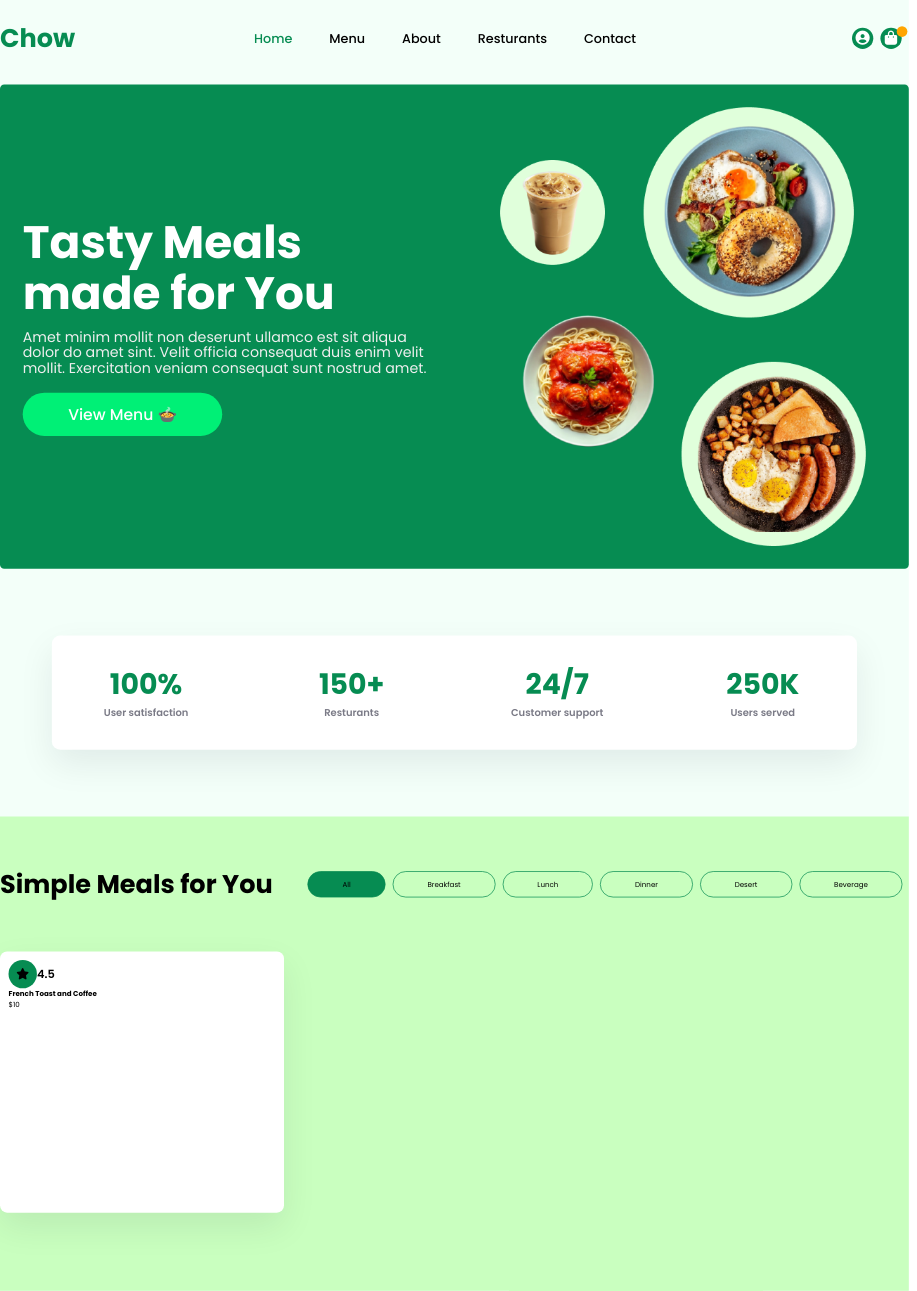
Repository: nguyennam1029/balbal
Page: index.html
An editor plug-in stored every save of this project. The page is shown before and after the next save, followed by the edit.
The browser window is 1280 px wide. The page is 1292 px wide, so the pictures cover 1292 px, including what lies to the right of the window. The pictures show the whole page, at 71% of full size.
Some web libraries are served in a nearby version.

Above is the page before, as saved 2022-07-01 22:20:44.

### index.html
<!DOCTYPE html>
<html lang="en">
  <head>
    <meta charset="UTF-8" />
    <meta http-equiv="X-UA-Compatible" content="IE=edge" />
    <meta name="viewport" content="width=device-width, initial-scale=1.0" />
    <title>Chow</title>
    <link
      rel="stylesheet"
      href="https://cdnjs.cloudflare.com/ajax/libs/font-awesome/6.1.1/css/all.min.css"
      integrity="sha512-KfkfwYDsLkIlwQp6LFnl8zNdLGxu9YAA1QvwINks4PhcElQSvqcyVLLD9aMhXd13uQjoXtEKNosOWaZqXgel0g=="
      crossorigin="anonymous"
      referrerpolicy="no-referrer"
    />
    <link rel="stylesheet" href="css/grid.css" />
    <link rel="stylesheet" href="css/style.css" />
  </head>
  <body>
    <div class="app">
      <div class="grid wide">
        <div class="menu">
          <a href="#" class="menu-left">Chow</a>
          <ul class="menu-center">
            <li class="menu-center-item">
              <a href="#" class="menu-center--link active">Home</a>
            </li>
            <li class="menu-center-item">
              <a href="#" class="menu-center--link">Menu</a>
            </li>
            <li class="menu-center-item">
              <a href="#" class="menu-center--link">About</a>
            </li>
            <li class="menu-center-item">
              <a href="#" class="menu-center--link">Resturants</a>
            </li>
            <li class="menu-center-item">
              <a href="#" class="menu-center--link">Contact</a>
            </li>
          </ul>
          <ul class="menu-right">
            <li class="menu-right-item">
              <a href="#" class="menu-right--link">
                <i class="fa-solid fa-circle-user"></i>
              </a>
            </li>
            <li class="menu-right-item">
              <a href="#" class="menu-right--link active">
                <i class="fa-solid fa-bag-shopping"></i>
                <span class="menu-right--circle"></span>
              </a>
            </li>
          </ul>
        </div>
        <div class="banner">
          <div class="row">
            <div class="col l-6 m-6 c-12">
              <div class="banner-info">
                <h1 class="banner-title">Tasty Meals made for You</h1>
                <span class="banner-des"
                  >Amet minim mollit non deserunt ullamco est sit aliqua dolor
                  do amet sint. Velit officia consequat duis enim velit mollit.
                  Exercitation veniam consequat sunt nostrud amet.</span
                >
                <a href="#" class="banner-btn"> View Menu 🍲 </a>
              </div>
            </div>
            <div class="col l-6 m-6 c-12">
              <div class="banner-img">
                <img src="images/banner1.png" alt="" />
              </div>
            </div>
          </div>
        </div>
        <div class="statistical">
          <div class="row">
            <div class="col l-3 m-6 c-12">
              <div class="statistical-item">
                <h3 class="statistical-item--title">100%</h3>
                <span class="statistical-item--des">User satisfaction</span>
              </div>
            </div>
            <div class="col l-3 m-6 c-12">
              <div class="statistical-item">
                <h3 class="statistical-item--title">150+</h3>
                <span class="statistical-item--des">Resturants</span>
              </div>
            </div>
            <div class="col l-3 m-6 c-12">
              <div class="statistical-item">
                <h3 class="statistical-item--title">24/7</h3>
                <span class="statistical-item--des">Customer support</span>
              </div>
            </div>
            <div class="col l-3 m-6 c-12">
              <div class="statistical-item">
                <h3 class="statistical-item--title">250K</h3>
                <span class="statistical-item--des">Users served</span>
              </div>
            </div>
          </div>
        </div>
      </div>
      <div class="product">
        <div class="grid wide">
          <div class="product-top row">
            <div class="col l-4 m-3 c-12">
              <h3 class="product-heading">Simple Meals for You</h3>
            </div>
            <div class="col l-8 m-8 c-12">
              <ul class="tab-list">
                <li class="tab-item active">All</li>
                <li class="tab-item">Breakfast</li>
                <li class="tab-item">Lunch</li>
                <li class="tab-item">Dinner</li>
                <li class="tab-item">Desert</li>
                <li class="tab-item">Beverage</li>
              </ul>
            </div>
          </div>
          <div class="product-list">
            <div class="row">
              <div class="col l-4 m-6 l-12">
                <div class="product-item">
                  <div class="product-item--rating">
                    <i class="fa-solid fa-star"></i>
                    <span>4.5</span>
                  </div>
                  <div class="product-item--content">
                    <h4 class="product-item--name">French Toast and Coffee</h4>
                    <div class="product-item--footer">
                      <span class="product-item--price">$10</span>
                      <a href="#" class="product-item--btn"></a>
                    </div>
                  </div>
                </div>
              </div>
            </div>
          </div>
        </div>
      </div>
    </div>
  </body>
</html>

### css/grid.css
/* L là pc ,  M là tablet, C là mobile  */
.grid {
    width  : 100%;
    display: block;
    padding: 0;
}

.grid.wide {
    max-width: 1280px;
    margin   : 0 auto;
}

.row {
    display     : flex;
    flex-wrap   : wrap;
    margin-left : -4px;
    margin-right: -4px;
}

.row.no-gutters {
    margin-left : 0;
    margin-right: 0;
}

.col {
    padding-left : 4px;
    padding-right: 4px;
}

.row.no-gutters .col {
    padding-left : 0;
    padding-right: 0;
}

.c-0 {
    display: none;
}

.c-1 {
    flex     : 0 0 8.33333%;
    max-width: 8.33333%;
}

.c-2 {
    flex     : 0 0 16.66667%;
    max-width: 16.66667%;
}

.c-3 {
    flex     : 0 0 25%;
    max-width: 25%;
}

.c-4 {
    flex     : 0 0 33.33333%;
    max-width: 33.33333%;
}

.c-5 {
    flex     : 0 0 41.66667%;
    max-width: 41.66667%;
}

.c-6 {
    flex     : 0 0 50%;
    max-width: 50%;
}

.c-7 {
    flex     : 0 0 58.33333%;
    max-width: 58.33333%;
}

.c-8 {
    flex     : 0 0 66.66667%;
    max-width: 66.66667%;
}

.c-9 {
    flex     : 0 0 75%;
    max-width: 75%;
}

.c-10 {
    flex     : 0 0 83.33333%;
    max-width: 83.33333%;
}

.c-11 {
    flex     : 0 0 91.66667%;
    max-width: 91.66667%;
}

.c-12 {
    flex     : 0 0 100%;
    max-width: 100%;
}

.c-o-1 {
    margin-left: 8.33333%;
}

.c-o-2 {
    margin-left: 16.66667%;
}

.c-o-3 {
    margin-left: 25%;
}

.c-o-4 {
    margin-left: 33.33333%;
}

.c-o-5 {
    margin-left: 41.66667%;
}

.c-o-6 {
    margin-left: 50%;
}

.c-o-7 {
    margin-left: 58.33333%;
}

.c-o-8 {
    margin-left: 66.66667%;
}

.c-o-9 {
    margin-left: 75%;
}

.c-o-10 {
    margin-left: 83.33333%;
}

.c-o-11 {
    margin-left: 91.66667%;
}

/* >= Tablet */
@media (min-width: 740px) {
    .row {
        margin-left : -8px;
        margin-right: -8px;
    }

    .col {
        padding-left : 8px;
        padding-right: 8px;
    }

    .m-0 {
        display: none;
    }

    .m-1,
    .m-2,
    .m-3,
    .m-4,
    .m-5,
    .m-6,
    .m-7,
    .m-8,
    .m-9,
    .m-10,
    .m-11,
    .m-12 {
        display: block;
    }

    .m-1 {
        flex     : 0 0 8.33333%;
        max-width: 8.33333%;
    }

    .m-2 {
        flex     : 0 0 16.66667%;
        max-width: 16.66667%;
    }

    .m-3 {
        flex     : 0 0 25%;
        max-width: 25%;
    }

    .m-4 {
        flex     : 0 0 33.33333%;
        max-width: 33.33333%;
    }

    .m-5 {
        flex     : 0 0 41.66667%;
        max-width: 41.66667%;
    }

    .m-6 {
        flex     : 0 0 50%;
        max-width: 50%;
    }

    .m-7 {
        flex     : 0 0 58.33333%;
        max-width: 58.33333%;
    }

    .m-8 {
        flex     : 0 0 66.66667%;
        max-width: 66.66667%;
    }

    .m-9 {
        flex     : 0 0 75%;
        max-width: 75%;
    }

    .m-10 {
        flex     : 0 0 83.33333%;
        max-width: 83.33333%;
    }

    .m-11 {
        flex     : 0 0 91.66667%;
        max-width: 91.66667%;
    }

    .m-12 {
        flex     : 0 0 100%;
        max-width: 100%;
    }

    .m-o-1 {
        margin-left: 8.33333%;
    }

    .m-o-2 {
        margin-left: 16.66667%;
    }

    .m-o-3 {
        margin-left: 25%;
    }

    .m-o-4 {
        margin-left: 33.33333%;
    }

    .m-o-5 {
        margin-left: 41.66667%;
    }

    .m-o-6 {
        margin-left: 50%;
    }

    .m-o-7 {
        margin-left: 58.33333%;
    }

    .m-o-8 {
        margin-left: 66.66667%;
    }

    .m-o-9 {
        margin-left: 75%;
    }

    .m-o-10 {
        margin-left: 83.33333%;
    }

    .m-o-11 {
        margin-left: 91.66667%;
    }
}

/* PC medium resolution > */
@media (min-width: 1113px) {
    .row {
        margin-left : -12px;
        margin-right: -12px;
    }

    .row.sm-gutter {
        margin-left : -5px;
        margin-right: -5px;
    }

    .col {
        padding-left : 12px;
        padding-right: 12px;
    }

    .row.sm-gutter .col {
        padding-left : 5px;
        padding-right: 5px;
    }

    .l-0 {
        display: none;
    }

    .l-1,
    .l-2,
    .l-2-4,
    .l-3,
    .l-4,
    .l-5,
    .l-6,
    .l-7,
    .l-8,
    .l-9,
    .l-10,
    .l-11,
    .l-12 {
        display: block;
    }

    .l-1 {
        flex     : 0 0 8.33333%;
        max-width: 8.33333%;
    }

    .l-2 {
        flex     : 0 0 16.66667%;
        max-width: 16.66667%;
    }

    .l-2-4 {
        flex     : 0 0 20%;
        max-width: 20%;
    }

    .l-3 {
        flex     : 0 0 25%;
        max-width: 25%;
    }

    .l-4 {
        flex     : 0 0 33.33333%;
        max-width: 33.33333%;
    }

    .l-5 {
        flex     : 0 0 41.66667%;
        max-width: 41.66667%;
    }

    .l-6 {
        flex     : 0 0 50%;
        max-width: 50%;
    }

    .l-7 {
        flex     : 0 0 58.33333%;
        max-width: 58.33333%;
    }

    .l-8 {
        flex     : 0 0 66.66667%;
        max-width: 66.66667%;
    }

    .l-9 {
        flex     : 0 0 75%;
        max-width: 75%;
    }

    .l-10 {
        flex     : 0 0 83.33333%;
        max-width: 83.33333%;
    }

    .l-11 {
        flex     : 0 0 91.66667%;
        max-width: 91.66667%;
    }

    .l-12 {
        flex     : 0 0 100%;
        max-width: 100%;
    }

    .l-o-1 {
        margin-left: 8.33333%;
    }

    .l-o-2 {
        margin-left: 16.66667%;
    }

    .l-o-3 {
        margin-left: 25%;
    }

    .l-o-4 {
        margin-left: 33.33333%;
    }

    .l-o-5 {
        margin-left: 41.66667%;
    }

    .l-o-6 {
        margin-left: 50%;
    }

    .l-o-7 {
        margin-left: 58.33333%;
    }

    .l-o-8 {
        margin-left: 66.66667%;
    }

    .l-o-9 {
        margin-left: 75%;
    }

    .l-o-10 {
        margin-left: 83.33333%;
    }

    .l-o-11 {
        margin-left: 91.66667%;
    }
}

/* Tablet - PC low resolution */
@media (min-width: 740px) and (max-width: 1023px) {
    .wide {
        width: 644px;
    }
}

/* > PC low resolution */
@media (min-width: 1024px) and (max-width: 1239px) {
    .wide {
        width: 984px;
    }

    .wide .row {
        margin-left : -12px;
        margin-right: -12px;
    }

    .wide .row.sm-gutter {
        margin-left : -5px;
        margin-right: -5px;
    }

    .wide .col {
        padding-left : 12px;
        padding-right: 12px;
    }

    .wide .row.sm-gutter .col {
        padding-left : 5px;
        padding-right: 5px;
    }

    .wide .l-0 {
        display: none;
    }

    .wide .l-1,
    .wide .l-2,
    .wide .l-2-4,
    .wide .l-3,
    .wide .l-4,
    .wide .l-5,
    .wide .l-6,
    .wide .l-7,
    .wide .l-8,
    .wide .l-9,
    .wide .l-10,
    .wide .l-11,
    .wide .l-12 {
        display: block;
    }

    .wide .l-1 {
        flex     : 0 0 8.33333%;
        max-width: 8.33333%;
    }

    .wide .l-2 {
        flex     : 0 0 16.66667%;
        max-width: 16.66667%;
    }

    .wide .l-2-4 {
        flex     : 0 0 20%;
        max-width: 20%;
    }

    .wide .l-3 {
        flex     : 0 0 25%;
        max-width: 25%;
    }

    .wide .l-4 {
        flex     : 0 0 33.33333%;
        max-width: 33.33333%;
    }

    .wide .l-5 {
        flex     : 0 0 41.66667%;
        max-width: 41.66667%;
    }

    .wide .l-6 {
        flex     : 0 0 50%;
        max-width: 50%;
    }

    .wide .l-7 {
        flex     : 0 0 58.33333%;
        max-width: 58.33333%;
    }

    .wide .l-8 {
        flex     : 0 0 66.66667%;
        max-width: 66.66667%;
    }

    .wide .l-9 {
        flex     : 0 0 75%;
        max-width: 75%;
    }

    .wide .l-10 {
        flex     : 0 0 83.33333%;
        max-width: 83.33333%;
    }

    .wide .l-11 {
        flex     : 0 0 91.66667%;
        max-width: 91.66667%;
    }

    .wide .l-12 {
        flex     : 0 0 100%;
        max-width: 100%;
    }

    .wide .l-o-1 {
        margin-left: 8.33333%;
    }

    .wide .l-o-2 {
        margin-left: 16.66667%;
    }

    .wide .l-o-3 {
        margin-left: 25%;
    }

    .wide .l-o-4 {
        margin-left: 33.33333%;
    }

    .wide .l-o-5 {
        margin-left: 41.66667%;
    }

    .wide .l-o-6 {
        margin-left: 50%;
    }

    .wide .l-o-7 {
        margin-left: 58.33333%;
    }

    .wide .l-o-8 {
        margin-left: 66.66667%;
    }

    .wide .l-o-9 {
        margin-left: 75%;
    }

    .wide .l-o-10 {
        margin-left: 83.33333%;
    }

    .wide .l-o-11 {
        margin-left: 91.66667%;
    }
}

### css/style.css
@import url('https://fonts.googleapis.com/css2?family=Poppins:wght@400;500;600;700&display=swap');

*,
*::before,
*::after {
    box-sizing: border-box;
}

* {
    margin : 0;
    padding: 0;
}

html {
    font-family: 'Poppins',
        sans-serif;
    font-size: 62.5%;
}

html,
body {
    height: 100%;
}

body {
    line-height: 1.5;
}

img,
picture,
video,
canvas,
svg {
    display  : block;
    max-width: 100%;
}

input,
button,
textarea,
select {
    font   : inherit;
    outline: none;
}

p,
h1,
h2,
h3,
h4,
h5,
h6 {
    overflow-wrap: break-word;
}

a {
    text-decoration: none;
}

ul {
    list-style: none;
}

.app {
    background-color: #f3fff9;
    padding-top     : 34px;
}

.menu {
    display        : flex;
    justify-content: space-between;
    align-items    : center;
    margin         : 0 0 45px;
}

.menu-left {
    font-weight: 700;
    font-size  : 3.6rem;
    line-height: 40px;

    color: #068C52;
}

.menu-center,
.menu-right {
    display        : flex;
    justify-content: center;
    align-items    : center;
}

.menu-center--link {
    margin-right: 52px;
    font-weight : 500;
    font-size   : 1.8rem;
    line-height : 27px;
    color       : #000000;
}

.menu-center--link.active {
    color: #068C52;
}

.menu-right--link {
    margin-right         : 10px;
    display              : flex;
    justify-content      : center;
    align-items          : center;
    width                : 30px;
    height               : 30px;
    border-radius        : 50%;
    -webkit-border-radius: 50%;
    -moz-border-radius   : 50%;
    -ms-border-radius    : 50%;
    -o-border-radius     : 50%;
    background-color     : #068C52;
}

.menu-right--link i {
    color    : #fff;
    font-size: 2rem;
}

.menu-right--link.active {
    position: relative;
}

.menu-right--circle {
    position             : absolute;
    top                  : -2px;
    right                : -8px;
    width                : 15px;
    height               : 15px;
    background           : #FFA500;
    border-radius        : 50%;
    -webkit-border-radius: 50%;
    -moz-border-radius   : 50%;
    -ms-border-radius    : 50%;
    -o-border-radius     : 50%;
}

.banner {
    background-color     : #068C52;
    border-radius        : 6px;
    -webkit-border-radius: 6px;
    -moz-border-radius   : 6px;
    -ms-border-radius    : 6px;
    -o-border-radius     : 6px;
    padding              : 32px;
}

.banner-info {
    display           : flex;
    justify-content   : center;
    /* align-items    : center; */
    flex-direction    : column;
    height            : 100%;
}

.banner-title {
    font-weight: 700;
    font-size  : 6.4rem;
    line-height: 72px;

    color: #FFFFFF;
}

.banner-des {
    font-weight: 400;
    font-size  : 2rem;
    line-height: 22px;
    display    : block;
    color      : #EFEFEF;
    margin     : 14px 0 24px;
}

.banner-btn {
    font-weight          : 500;
    font-size            : 2.2rem;
    line-height          : 33px;
    padding              : 14px 64px;
    /*Primary/White*/
    color                : #FFFFFF;
    background           : #00F076;
    border-radius        : 32px;
    -webkit-border-radius: 32px;
    -moz-border-radius   : 32px;
    -ms-border-radius    : 32px;
    -o-border-radius     : 32px;
    width                : fit-content;
}

.statistical {
    max-width    : 1134px;
    margin       : 94px auto;
    /* border    : 1px solid; */
    background   : #FFFFFF;
    /* Drop Shadow/High */
    padding      : 40px 0;
    box-shadow   : 0px 20px 50px rgba(18, 17, 39, 0.08);
    border-radius: 12px;
    text-align   : center;
}

.statistical-item--title {
    font-weight: 700;
    font-size  : 4rem;
    line-height: 140%;
    /* identical to box height, or 56px */

    text-align: center;

    color: #068C52;
}

.statistical-item--des {
    font-weight: 600;
    font-size  : 1.4rem;
    line-height: 180%;
    color      : rgba(18, 17, 39, 0.56);
}

.product {
    background-color: #c9ffbf;
    padding         : 76px 0 46px;
}

.product-top {
    display        : flex;
    justify-content: space-between;
    align-items    : center;
}

.product-heading {
    font-weight: 700;
    font-size  : 3.6rem;
    line-height: 40px;

    color: #000000;
}

.tab-list {
    display        : flex;
    justify-content: center;
    align-items    : center;

}

.tab-item {
    padding           : 10px 48px;
    border            : 1px solid #068C52;
    border-radius     : 40px;
    display           : block;
    margin-right      : 10px;
    cursor            : pointer;
    transition        : .25s ease-in;
    -webkit-transition: .25s ease-in;
    -moz-transition   : .25s ease-in;
    -ms-transition    : .25s ease-in;
    -o-transition     : .25s ease-in;
}

.tab-item.active {
    background: #068C52;
    cursor    : default;
}

.tab-item:hover {
    background: #068c5290;
}

.product-list {
    margin: 74px 0 64px;
}

.product-item {
    background: #FFFFFF;
    /* Drop Shadow/High */

    box-shadow   : 0px 20px 50px rgba(18, 17, 39, 0.08);
    border-radius: 10px;
    width        : calc((100% - 80px) / 3);
    min-height   : 368px;
    padding      : 12px;
}

.product-item--rating {
    display           : flex;
    /* justify-content: center; */
    align-items       : center;
}

.product-item--rating i {
    width                : 40px;
    height               : 40px;
    font-size            : 1.6rem;
    border-radius        : 50%;
    background           : #068C52;
    -webkit-border-radius: 50%;
    -moz-border-radius   : 50%;
    -ms-border-radius    : 50%;
    -o-border-radius     : 50%;
    display              : flex;
    justify-content      : center;
    align-items          : center;
}

.product-item--rating span {
    font-weight: 600;
    font-size  : 1.6rem;
    line-height: 24px;
    /* identical to box height */


    color: #000000;
}

After the next save:
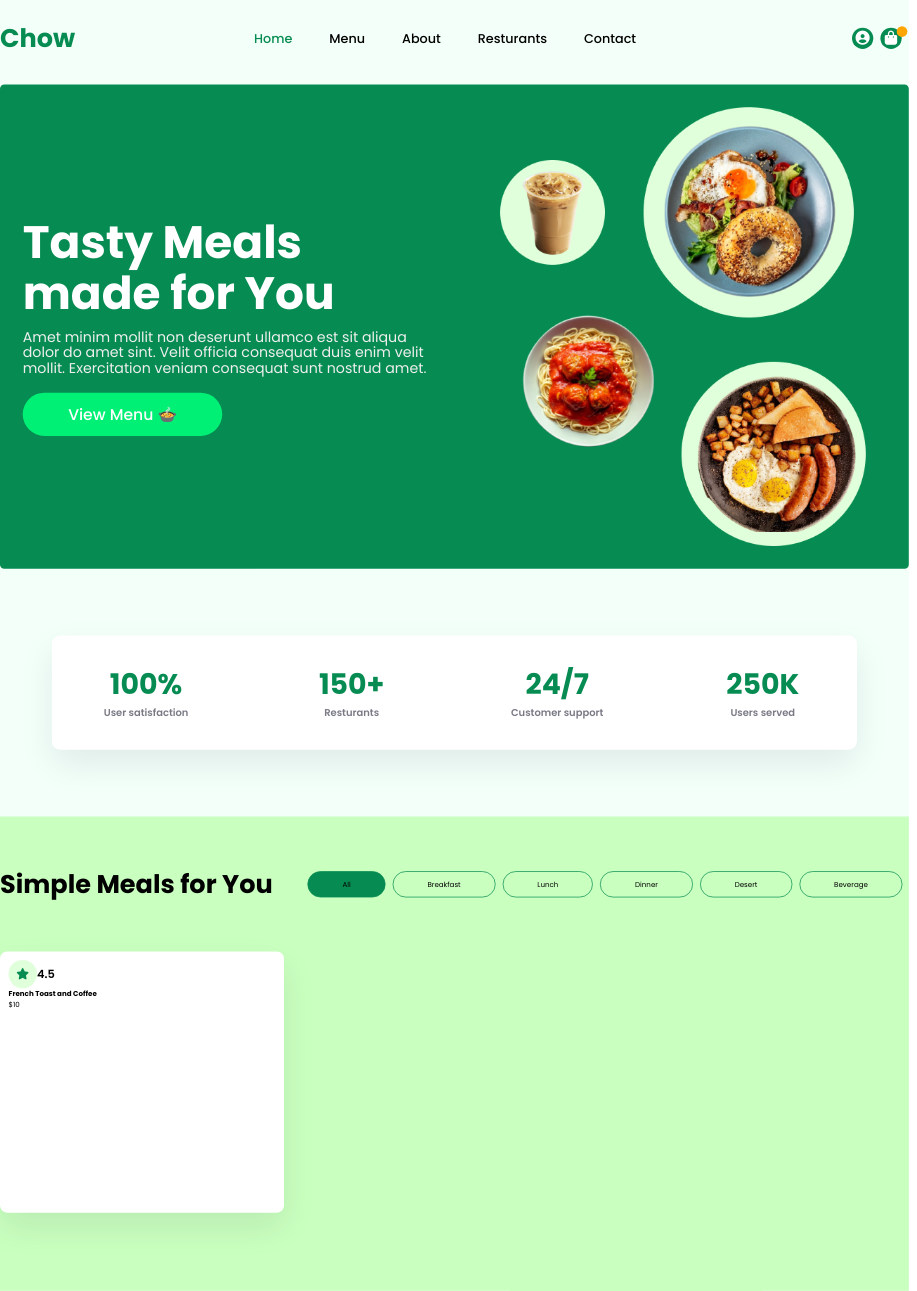
Saved 46 s later.
--- a/css/style.css
+++ b/css/style.css
@@ -294,7 +294,8 @@ ul {
     height               : 40px;
     font-size            : 1.6rem;
     border-radius        : 50%;
-    background           : #068C52;
+    color                : #068C52;
+    background-color     : #E0FFDB;
     -webkit-border-radius: 50%;
     -moz-border-radius   : 50%;
     -ms-border-radius    : 50%;
